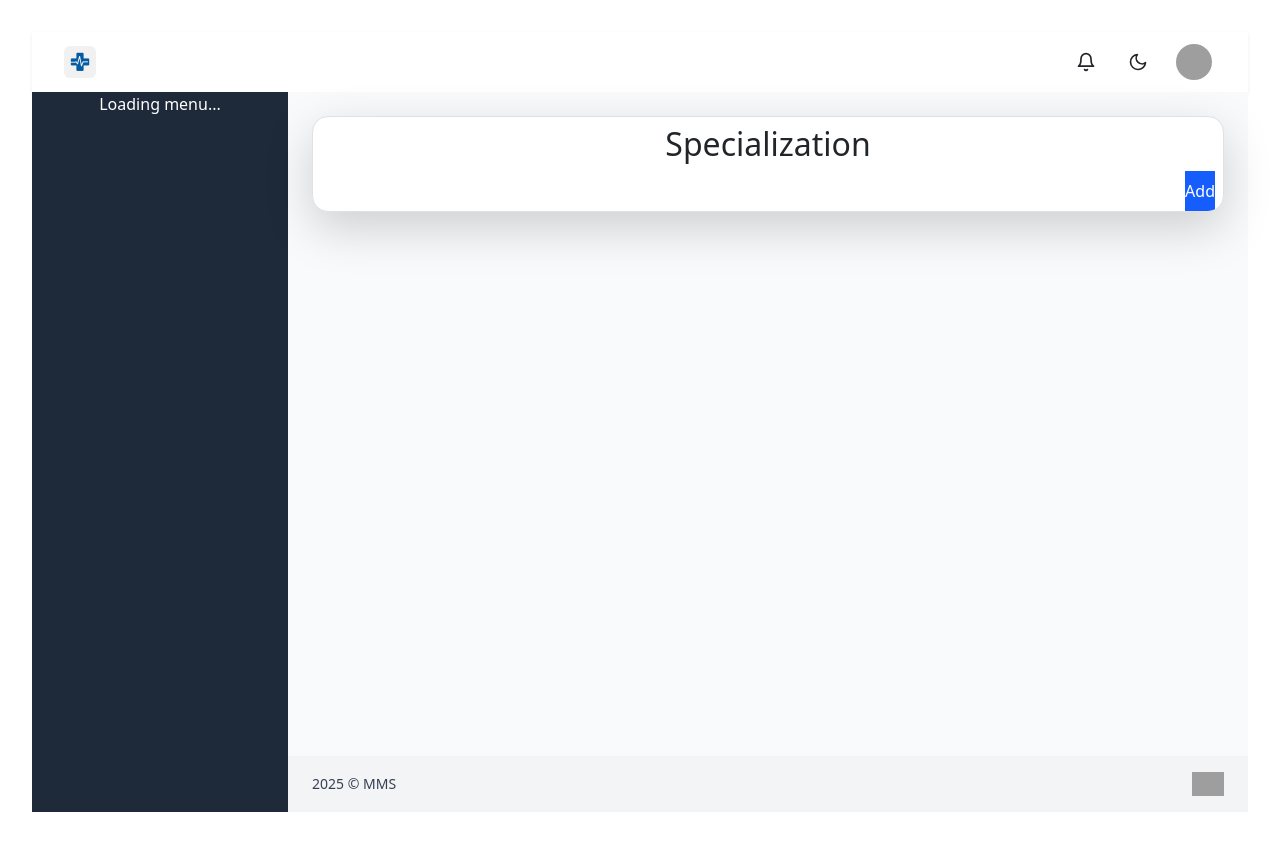
Repository: Giri1103r/Medical_Management_System
Page: /specialization (app in my-app/)
The author's editor kept a copy of each file at every save. The page is drawn from the files as they stood at one save, then again after the next save.
The browser window is 1280 px wide. The pictures show the whole page.
Pictures or frames that could not be fetched are drawn as grey boxes. The page's requests for data from a server got no answer. The project was rebuilt for these pictures with package versions that can differ from the ones it lists, and the page was loaded fresh each time. No one was signed in, and anything a server would have sent is missing. Also part of the build but not shown: my-app/vite.config.js, my-app/src/Register.jsx, my-app/src/Home.jsx, my-app/src/Login.jsx, my-app/src/layouts/Partial/side_bar.jsx, my-app/src/Dashboard.jsx, my-app/src/api.jsx, my-app/src/Profile.jsx and 2 more.

Above is the page before, as saved 2025-09-19 09:47:30.

### my-app/index.html
<!doctype html>
<html lang="en">
  <head>
    <meta charset="UTF-8" />
    <link rel="icon" type="image/svg+xml" href="" />
    <meta name="viewport" content="width=device-width, initial-scale=1.0" />
  <title>%VITE_APP_NAME%</title>
  </head>
  <body>
    <div id="root"></div>
    <script type="module" src="/src/main.jsx"></script>
  </body>
</html>

### my-app/src/App.jsx
import { BrowserRouter as Router, Routes, Route, NavLink } from "react-router-dom";
import './App.css';
import Register from "./Register";
import Home from "./Home";
import Login from "./Login";
import Dashboard from "./Dashboard";
import Profile from "./Profile";
import { UserProvider } from "./context/UserContext";
import { MasterdataProvider } from "./context/MasterdataContext";
import Leftmenuadd from "./admin/leftmenu/Leftmenuadd";
import SpecializationAdd from "./admin/specialization/SpecializationAdd";
import SpecializationList from "./admin/specialization/SpecializationList";





function App() {
  return (
    <UserProvider>
      <MasterdataProvider>

          <Router>

            <div className="">
              <Routes>

                <Route path="/register" element={<Register />} />
                <Route path="/" element={<Login />} />
                <Route path="/dashboard" element={<Dashboard />} />
                <Route path="/profile" element={<Profile />}></Route>
                <Route path="/leftmenu" element={<Leftmenuadd />}></Route>
                <Route path="/specialization/add" element={<SpecializationAdd/>} />
                <Route path="/specialization" element={<SpecializationList/>} />
              </Routes>
            </div>
          </Router>

      </MasterdataProvider>
    </UserProvider>

  );
}

export default App;

### my-app/src/context/UserContext.jsx
import React, { createContext, useState, useEffect } from "react";
import { jwtDecode } from "jwt-decode";// fixed import for Vite

export const UserContext = createContext();

export const UserProvider = ({ children }) => {
  const [user, setUser] = useState(null);

  useEffect(() => {
    const token = localStorage.getItem("token");
    if (token) {
      try {
        const decoded = JSON.parse(atob(token.split('.')[1]));
        const userId = decoded.id;

        fetch(`/users/${userId}`, {
          headers: { Authorization: `Bearer ${token}` },
        })
          .then(res => res.json())
          .then(data => setUser(data))
          .catch(err => {
            console.error("Failed to fetch user details", err);
            setUser(null);
          });

      } catch (error) {
        console.error("Invalid token", error);
        setUser(null);
      }
    }
  }, []);


  return (
    <UserContext.Provider value={{ user, setUser }}>
      {children}
    </UserContext.Provider>
  );
};

### my-app/src/context/MasterdataContext.jsx
// src/context/MasterdataContext.jsx
import React, { createContext, useState } from "react";
import axios from "axios";

// Only declare once
export const MasterdataContext = createContext();

export const MasterdataProvider = ({ children }) => {
  const [data, setData] = useState({});
  const [loading, setLoading] = useState({});

  const fetchData = async (key, url) => {
    setLoading(prev => ({ ...prev, [key]: true }));
    try {
      const res = await axios.get(url);
      setData(prev => ({ ...prev, [key]: res.data }));
    } catch (err) {
      console.error(`Error fetching ${key}:`, err);
      setData(prev => ({ ...prev, [key]: [] }));
    } finally {
      setLoading(prev => ({ ...prev, [key]: false }));
    }
  };

  return (
    <MasterdataContext.Provider value={{ data, loading, fetchData }}>
      {children}
    </MasterdataContext.Provider>
  );
};

### my-app/src/admin/specialization/SpecializationList.jsx
import React from 'react'
import AdminLayout from '../../layouts/adminLayout';

const SpecializationList = () => {

  return (
    <AdminLayout>
      <div className=" rounded-2xl overflow-hidden shadow-lg bg-white border">

        <div className="p-2 ">
          <h2 className="text-sm font-bold text-gray-800">Specialization</h2>
          <button className='float-end py-2  bg-blue-600 text-white rounded-lg hover:bg-blue-700'>Add</button>
        </div>
      </div>

    </AdminLayout>
  )
}

export default SpecializationList

### my-app/src/layouts/adminLayout.jsx
import React from "react";
import Header from "./Partial/header";
import Footer from "./Partial/footer";
import LeftMenu from "./Partial/left_menu";

const AdminLayout = ({ title, children }) => {
  return (
    <div id="wrapper" className="flex flex-col min-h-screen w-full">

      <Header title={title} />


      <div className="flex flex-grow w-full">

        <aside className="w-64 bg-gray-800 text-white min-h-screen">
          <LeftMenu />
        </aside>


        <main className="flex-grow flex flex-col bg-gray-50">
          <div className="flex-grow p-4">{children}</div>

          {/* Footer at the bottom */}
          <Footer />
        </main>
      </div>
    </div>
  );
};

export default AdminLayout;

### my-app/src/layouts/Partial/header.jsx
// Header.jsx
import React, { useContext, useEffect, useState } from "react";
import { Bell, Menu, LogOut, User,Sun,Moon } from "react-feather";
import { UserContext } from "../../context/UserContext";
import { useNavigate } from "react-router-dom";

const Header = ({ notifications, user, onLogout, title }) => {
  const [unreadCount, setUnreadCount] = useState(null);
  const [darkmode , setDarkmode] = useState(localStorage.getItem("theme")==="dark");

  useEffect(() =>{
    if(darkmode){
      document.documentElement.classList.add("dark");
      localStorage.setItem("theme","dark");
    }else {
      document.documentElement.classList.remove("dark");
      localStorage.setItem("theme", "light");
    }
  },[darkmode]);
  const navigate = useNavigate();
  const { setUser } = useContext(UserContext);

  const markAllRead = () => {
    setUnreadCount(0);
  };

  const OnLogout = () => {
    localStorage.removeItem("token");
    if (setUser) setUser(null);
    navigate("/");
  };

  return (
    <header className="flex items-center justify-between px-4 py-2 shadow-sm bg-white">
      {/* Left: Logo and Title */}
      <div className="flex items-center">
        {/* Mobile menu button */}
        <button className="lg:hidden p-2 mr-2 border rounded bg-gray-100">
          <Menu size={20} />
        </button>

        {/* Logo */}
        <a href="/dashboard" className="flex items-center">
          <img src="/images/logo.png" alt="logo" className="mx-2 h-8 w-8 rounded" />
        </a>

        {/* Page title */}
        <h5 className="ml-3 text-lg font-medium">{title}</h5>
      </div>

      {/* Right: Notifications & Profile */}
      <div className="flex items-center space-x-4">
        {/* Notification */}
        <div className="relative">
          <button
            className="relative p-2 rounded hover:bg-gray-100"
            onClick={markAllRead}
          >
            <Bell size={20} />
            {unreadCount > 0 && (
              <span className="absolute top-0 right-0 inline-flex items-center justify-center px-1.5 py-0.5 text-xs font-bold leading-none text-white bg-red-600 rounded-full transform translate-x-1/2 -translate-y-1/2">
                {unreadCount}
              </span>
            )}
          </button>
          {/* Dropdown menu */}
          <div className="absolute right-0 mt-2 w-72 bg-white border rounded shadow-lg z-50 hidden group-hover:block">
            <div className="px-4 py-2 flex justify-between items-center border-b">
              <span className="font-semibold">Notifications</span>
              {unreadCount > 0 && (
                <span
                  className="text-blue-500 text-sm cursor-pointer"
                  onClick={markAllRead}
                >
                  Mark all read
                </span>
              )}
            </div>
            {/* Optional notifications list */}
            <div className="max-h-60 overflow-y-auto"></div>
            <div className="text-center border-t py-2">
              <a
                href="/notifications"
                className="text-blue-500 text-sm hover:underline"
              >
                View all
              </a>
            </div>
          </div>
        </div>

        {/* For Theme dark and light */}

        <div className="relative">
         <button className="  p-2 rounded hover:bg-gray-100 dark:hover:bg-gray-800" onClick={() => setDarkmode(!darkmode)}
         >
          {darkmode? <Sun size={20} /> : <Moon size={20} />}
         </button>

        </div>

        {/* Profile */}
        <div className="relative group">
          <button className="flex items-center p-1 rounded hover:bg-gray-100">
            <img
              src={user?.avatar || "/logo192.png"}
              alt="avatar"
              className="h-9 w-9 rounded-full mr-2"
            />
          </button>

          {/* Dropdown menu */}
          <div className="absolute right-0 mt-2 w-48 bg-white border rounded shadow-lg z-50 hidden group-hover:block">
            <div className="px-4 py-2 border-b">{user?.name}</div>
            <a
              href="/profile"
              className="flex items-center px-4 py-2 text-gray-700 hover:bg-gray-100"
            >
              <User size={16} className="mr-2" /> My Account
            </a>
            <div className="border-t"></div>
            <button
              onClick={onLogout || OnLogout}
              className="flex items-center w-full px-4 py-2 text-gray-700 hover:bg-gray-100"
            >
              <LogOut size={16} className="mr-2" /> Logout
            </button>
          </div>
        </div>
      </div>
    </header>
  );
};

export default Header;

### my-app/src/layouts/Partial/footer.jsx
import React from "react";

const Footer = () => {
  return (
    <footer className="bg-gray-100 py-3 mt-auto">
      <div className="container mx-auto px-4">
        <div className="flex flex-col md:flex-row justify-between items-center">
          {/* Left Side */}
          <div className="text-gray-700 text-sm">
            {new Date().getFullYear()} &copy; {import.meta.env.VITE_APP_NAME}
          </div>


          <div className="hidden sm:flex items-center space-x-2 text-sm text-gray-600">

            <img
              src="/assets/images/neoehs.svg"
              className="h-6" // 25px approx
              alt=""
            />
          </div>
        </div>
      </div>
    </footer>

  );
};

export default Footer;

### my-app/src/layouts/Partial/left_menu.jsx
import React, { useEffect, useState } from 'react'
import  SidebarMenu from "./side_bar";

const left_menu = () => {
    const [menuData, setMenuData] = useState([]);

    useEffect(() => {
        fetch("http://localhost:5000/api/leftmenus/getmenus")
            .then(response => response.json())
            .then(data => setMenuData(data))
            .catch(error => console.error('Error fetching menu data:', error));
    }, []);

    return (
        <div>
            {menuData.length > 0 ? (
                <SidebarMenu menuData={menuData} />
            ) : (
                <p>Loading menu...</p>
            )}
        </div>
    )
}

export default left_menu

Loaded but not shown: my-app/src/main.jsx (common file); my-app/src/index.css (common file); my-app/src/App.css (common file)

After the next save:
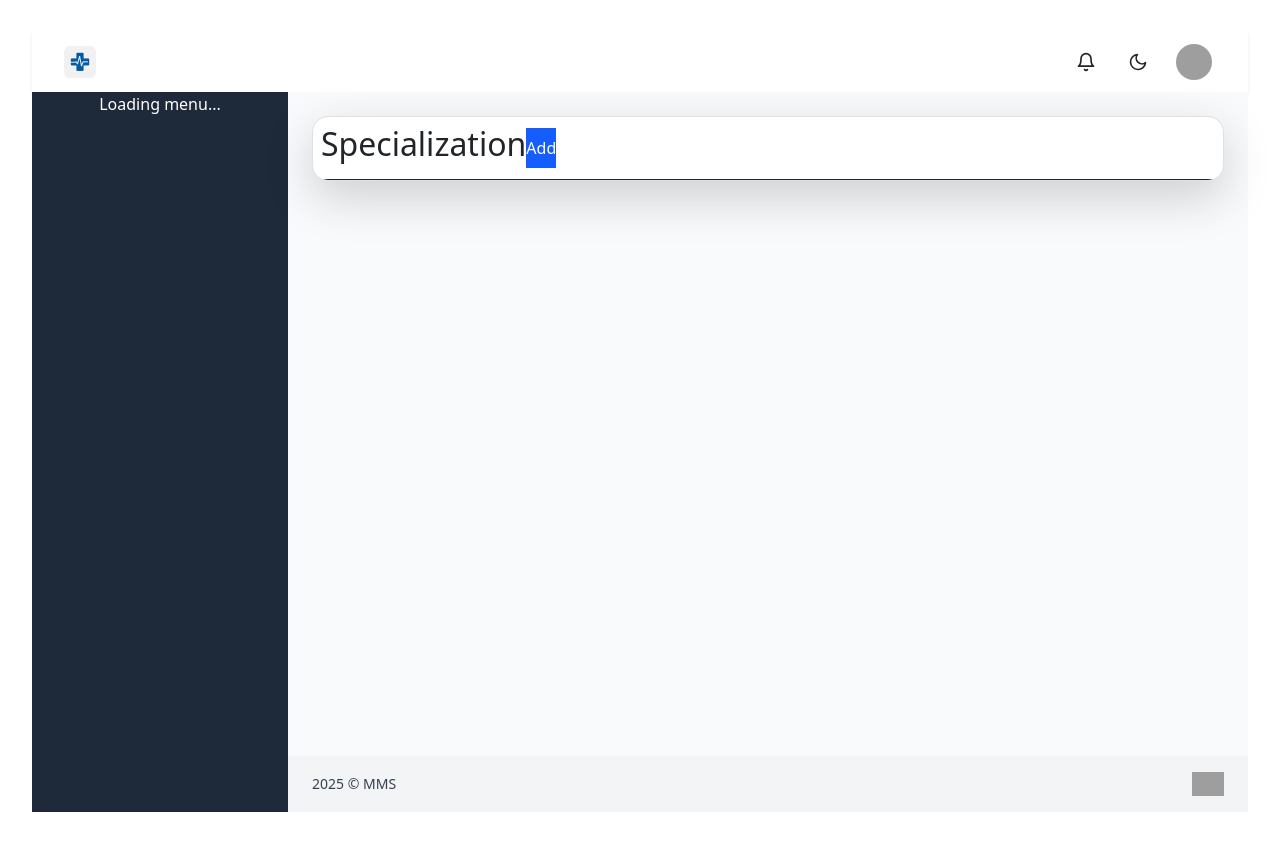
Saved 4 s later.
--- a/my-app/src/admin/specialization/SpecializationList.jsx
+++ b/my-app/src/admin/specialization/SpecializationList.jsx
@@ -7,7 +7,7 @@ const SpecializationList = () => {
     <AdminLayout>
       <div className=" rounded-2xl overflow-hidden shadow-lg bg-white border">
 
-        <div className="p-2 ">
+        <div className="p-2 flex items-center border-b">
           <h2 className="text-sm font-bold text-gray-800">Specialization</h2>
           <button className='float-end py-2  bg-blue-600 text-white rounded-lg hover:bg-blue-700'>Add</button>
         </div>
